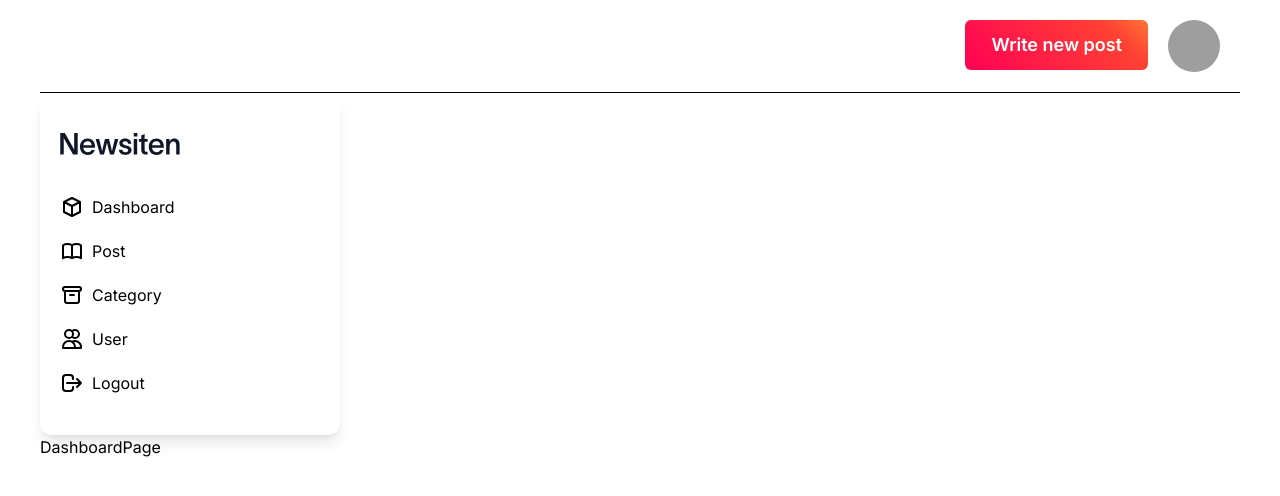
Repository: BrianPhamDev/Blog-App
Page: /dashboard
The author's editor kept a copy of each file at every save. The page is drawn from the files as they stood at one save, then again after the next save.
The browser window is 1280 px wide. The pictures show the whole page.
Pictures or frames that could not be fetched are drawn as grey boxes. The project was rebuilt for these pictures with package versions that can differ from the ones it lists, and the page was loaded fresh each time. Also part of the build but not shown: src/pages/signUpPage/signUpPage.scss, src/components/label/label.scss, src/components/label/Label.js, src/components/input/input.scss, src/components/input/Input.js, src/components/input/InputPasswordToggle.js, src/components/input/index.js, src/pages/authenticationPage/authenticationPage.scss and 23 more. Imported but missing from the stored project, and not drawn on this page: src/components/icons.

Above is the page before, as saved 2023-08-02 20:46:05.

After the next save:
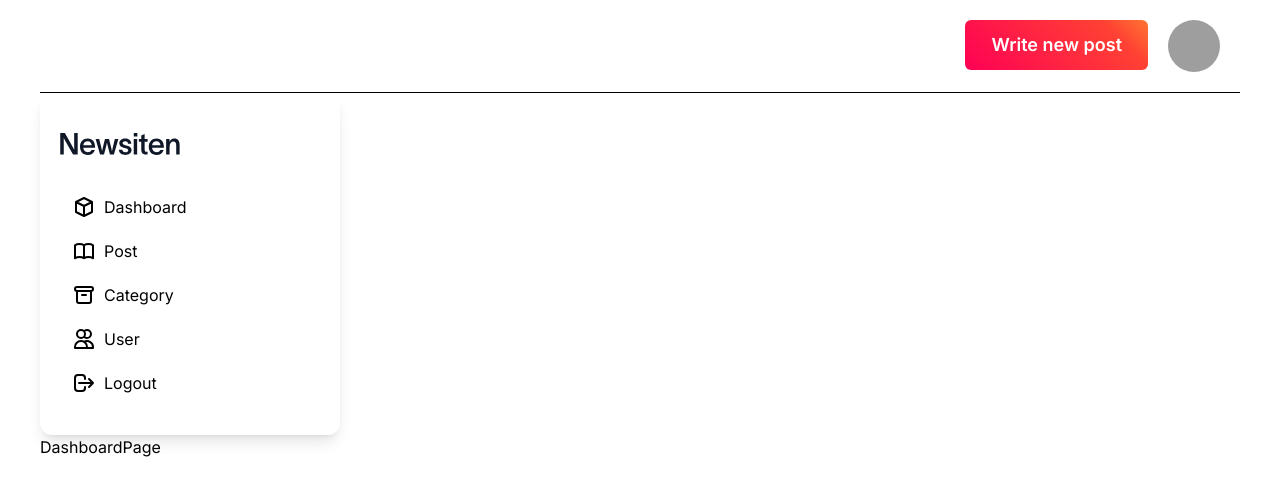
Saved 71 s later.
--- a/src/module/dashboard/Sidebar.js
+++ b/src/module/dashboard/Sidebar.js
@@ -115,7 +115,7 @@ const Sidebar = ({ children }) => {
         <NavLink
           key={item.url}
           to={item.url}
-          className="menu-item flex gap-2 items-center"
+          className="menu-item flex gap-2 items-center px-3"
         >
           <div className="menu-icon">{item.icon}</div>
           <div className="menu-title0.">{item.title}</div>
